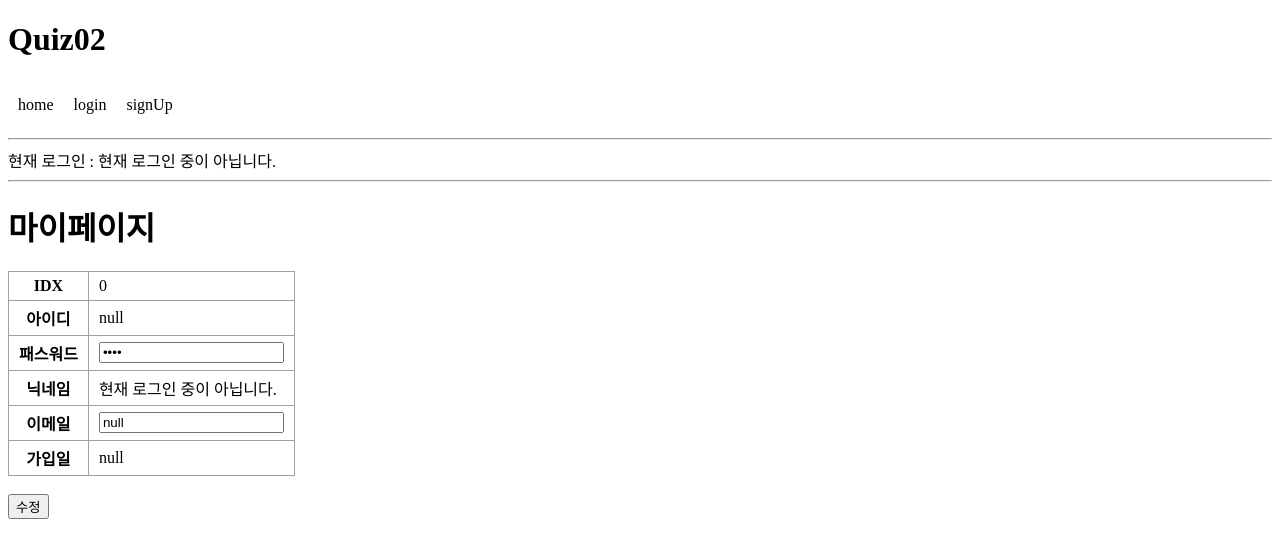
Repository: ChimmyWorld/JSP
Page: http://localhost/Day50/quiz2/myPage.jsp
An editor plug-in stored every save of this project. The page is shown before and after the next save, followed by the edit.
The browser window is 1280 px wide. The pictures show the whole page.
The page is served by Tomcat 9.

Above is the page before, as saved 2023-09-21 01:33:17.

After the next save:
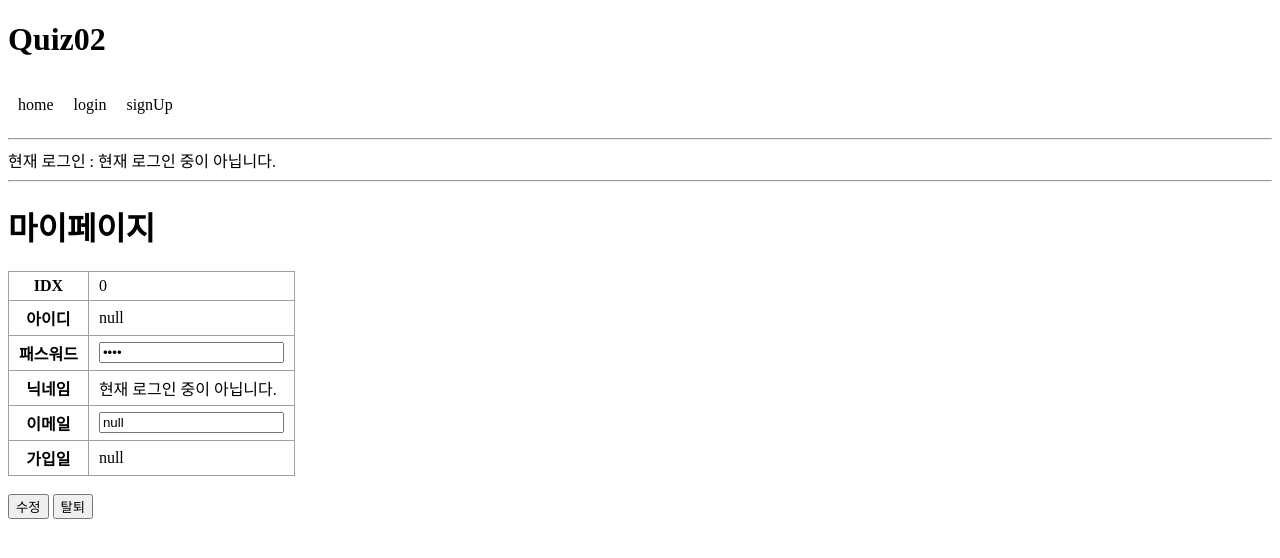
Saved 16 s later.
--- a/Day50/WebContent/quiz2/myPage.jsp
+++ b/Day50/WebContent/quiz2/myPage.jsp
@@ -36,6 +36,7 @@
 
 	<input name="idx" type="hidden" value=<%=user.getIdx() %>>
 	<button>수정</button>
+	<button>탈퇴</button>
 </form>
 
 
